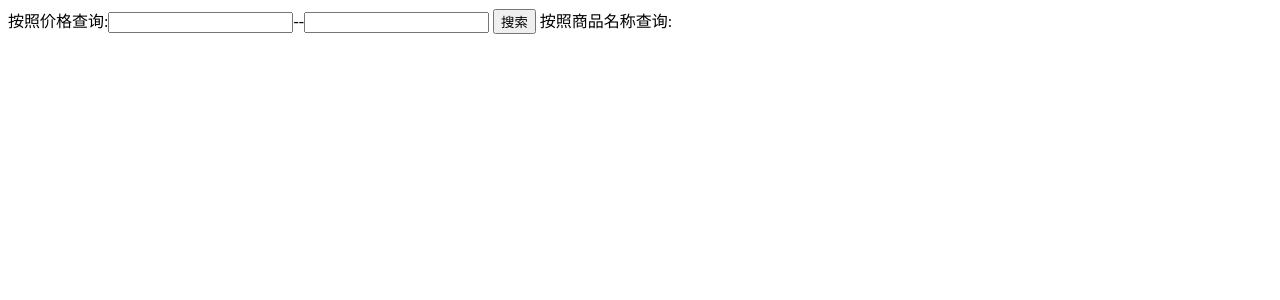
Repository: ldqml/project
Page: jsgaoji/chaxunshangpin.html
These files come from the project's save history. The page is drawn as it stood at one moment and after the next save; the edit follows.
The browser window is 1280 px wide. The pictures show the whole page.

Above is the page before, as saved 2022-07-15 17:46:52.

### jsgaoji/chaxunshangpin.html
<!DOCTYPE html>
<html lang="en">
<head>
    <meta charset="UTF-8">
    <meta http-equiv="X-UA-Compatible" content="IE=edge">
    <meta name="viewport" content="width=device-width, initial-scale=1.0">
    <title>Document</title>
</head>
<body>
    <div class="sousuo">
        按照价格查询:<input type="text" class="start">--<input type="text" class="end">
        <button class="suo">搜索</button> 按照商品名称查询:
    </div>
</body>
</html>

After the next save:
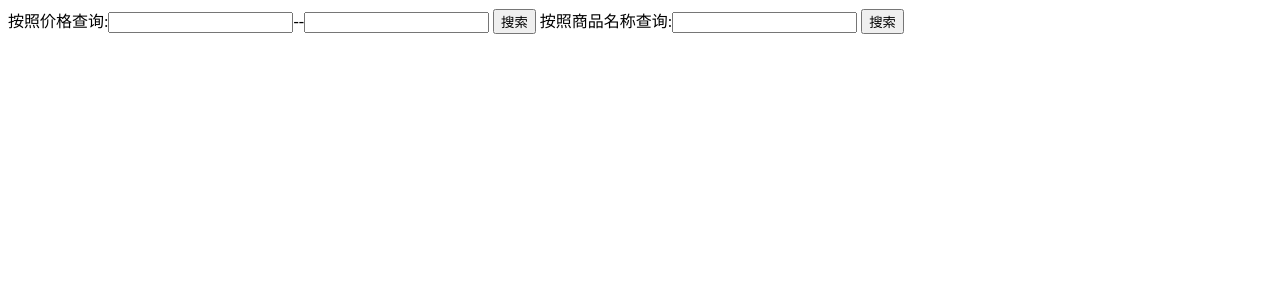
Saved 88 s later.
--- a/jsgaoji/chaxunshangpin.html
+++ b/jsgaoji/chaxunshangpin.html
@@ -9,7 +9,8 @@
 <body>
     <div class="sousuo">
         按照价格查询:<input type="text" class="start">--<input type="text" class="end">
-        <button class="suo">搜索</button> 按照商品名称查询:
+        <button class="sou">搜索</button> 按照商品名称查询:<input type="text" class="name">
+        <button class="suo">搜索</button>
     </div>
 </body>
 </html>
